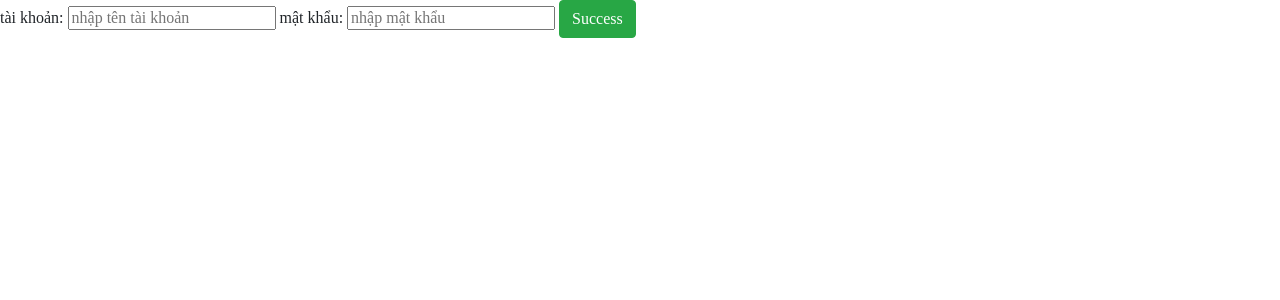
Repository: Phat-001/Front-end-Zozi
Page: index.html
These files come from the project's save history. The page is drawn as it stood at one moment and after the next save; the edit follows.
The browser window is 1280 px wide. The pictures show the whole page.
Some web libraries are served in a nearby version.

Above is the page before, as saved 2021-09-19 20:00:04.
Console error: TypeError: Cannot read properties of null (reading 'addEventListener')

After the next save:
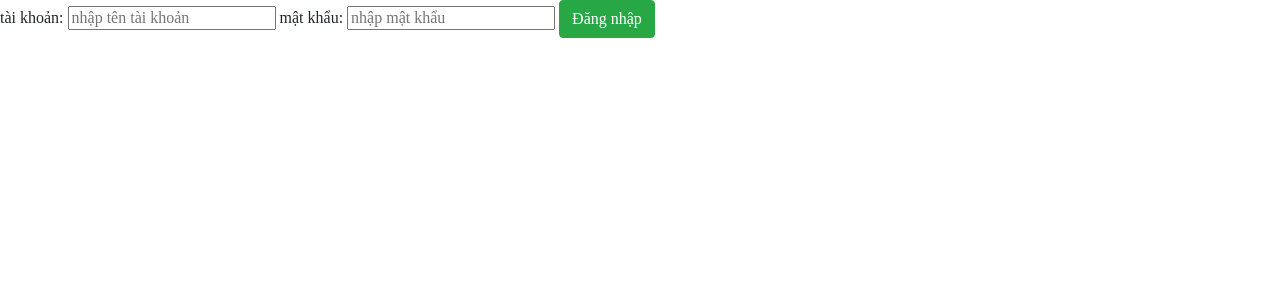
Saved 6 s later.
--- a/index.html
+++ b/index.html
@@ -24,7 +24,7 @@
       <div id="input-login">
         tài khoản: <input type="text" name="username" id="username" placeholder="nhập tên tài khoản">
         mật khẩu: <input type="password" name="password" id="password" placeholder="nhập mật khẩu">
-        <button type="button" class="btn btn-success">Success</button>
+        <button type="button" class="btn btn-success">Đăng nhập</button>
       </div>
     </div>
   </div>
